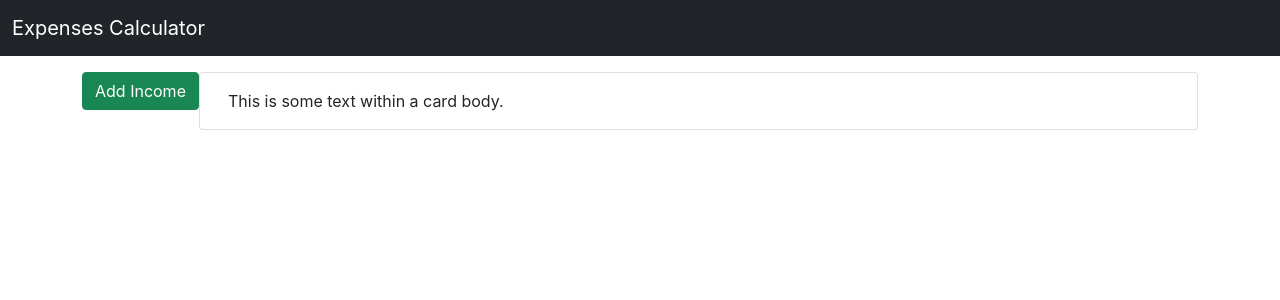
Repository: eidankhan/expenses-calculator
Page: /
An editor plug-in stored every save of this project. The page is shown before and after the next save, followed by the edit.
The browser window is 1280 px wide. The pictures show the whole page.
The project was rebuilt for these pictures with package versions that can differ from the ones it lists, and the page was loaded fresh each time.

Above is the page before, as saved 2021-11-29 16:49:36.

After the next save:
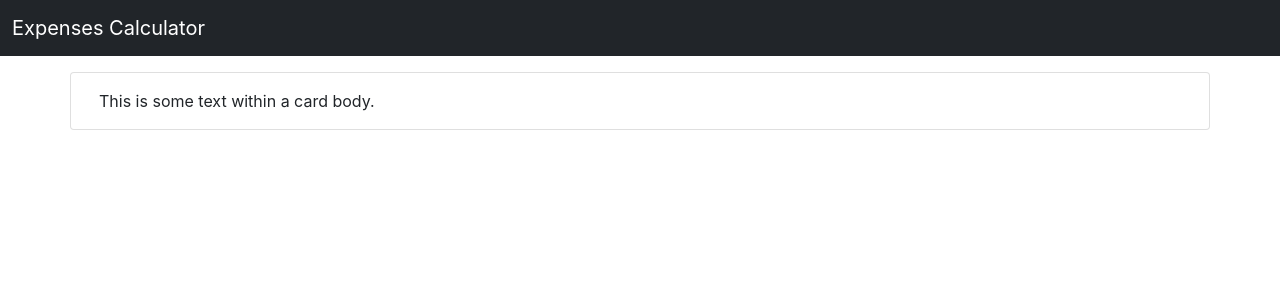
Saved 37 s later.
--- a/src/App.js
+++ b/src/App.js
@@ -13,7 +13,7 @@ function App() {
     <>
       <Navbar />
       <div className="container my-3">
-        <SaveIncome/>
+        {/* <SaveIncome/> */}
         <IncomeSummary/>
       </div>
     </>
